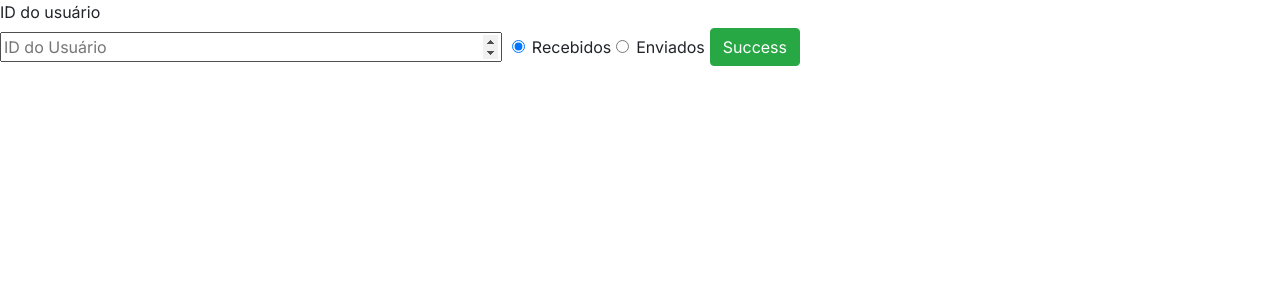
Repository: mateusilva8/tarefa-pix
Page: frontend/index.html
These files come from the project's save history. The page is drawn as it stood at one moment and after the next save; the edit follows.
The browser window is 1280 px wide. The pictures show the whole page.

Above is the page before, as saved 2023-10-21 19:30:34.

After the next save:
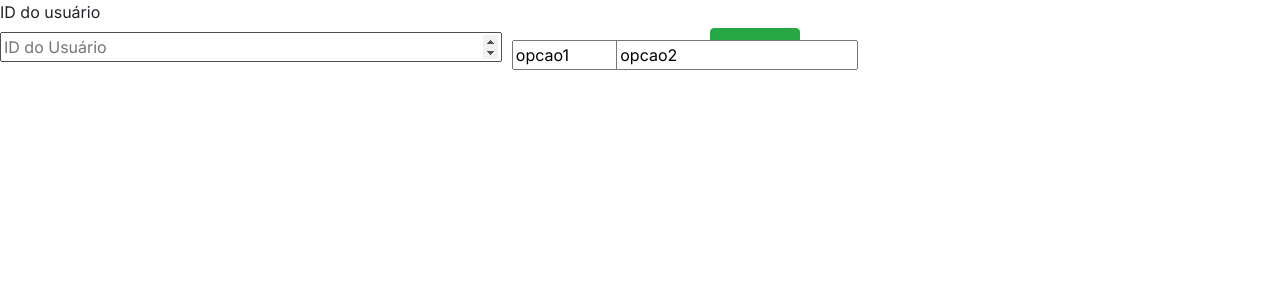
Saved 101 s later.
--- a/frontend/index.html
+++ b/frontend/index.html
@@ -17,14 +17,14 @@
       <input class="idInput" type="number" placeholder="ID do Usuário" id="id"></input>
       <div class="formulario-select">
         <div class="form-check">
-          <input class="form-check-input" type="radio" name="exampleRadios" id="exampleRadios1" value="opcao1" checked>
-          <label class="form-check-label" for="exampleRadios1">
+          <input class="form-check-input" type="transacao" name="recebidos" id="recebidos" value="opcao1" checked>
+          <label class="form-check-label" for="recebidos">
             Recebidos
           </label>
         </div>
         <div class="form-check">
-          <input class="form-check-input" type="radio" name="exampleRadios" id="exampleRadios2" value="opcao2">
-          <label class="form-check-label" for="exampleRadios2">
+          <input class="form-check-input" type="transacao" name="enviados" id="enviados" value="opcao2">
+          <label class="form-check-label" for="enviados">
             Enviados
           </label>
         </div>
